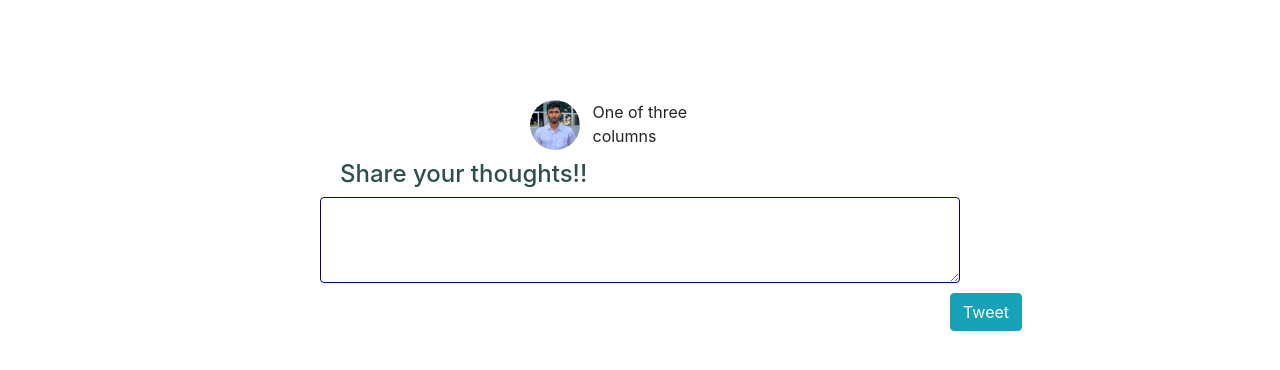
Repository: rashmikagamage/OAuth-Implementation
Page: / (app in frontend/)
The author's editor kept a copy of each file at every save. The page is drawn from the files as they stood at one save, then again after the next save.
The browser window is 1280 px wide. The pictures show the whole page.
Some web libraries are served in a nearby version. The project was rebuilt for these pictures with package versions that can differ from the ones it lists, and the page was loaded fresh each time. Also part of the build but not shown: frontend/src/components/login.js, frontend/src/components/git-home.js, frontend/src/App.css.

Above is the page before, as saved 2021-09-08 10:44:01.

### frontend/public/index.html
<!DOCTYPE html>
<html lang="en">
  <head>
    <meta charset="utf-8" />
    <link rel="icon" href="%PUBLIC_URL%/favicon.ico" />
    <meta name="viewport" content="width=device-width, initial-scale=1" />
    <meta name="theme-color" content="#000000" />
    <meta
      name="description"
      content="Web site created using create-react-app"
    />
    <link rel="apple-touch-icon" href="%PUBLIC_URL%/logo192.png" />
    <!--
      manifest.json provides metadata used when your web app is installed on a
      user's mobile device or desktop. See https://developers.google.com/web/fundamentals/web-app-manifest/
    -->
    <link rel="manifest" href="%PUBLIC_URL%/manifest.json" />
    <link rel="stylesheet" href="https://pro.fontawesome.com/releases/v5.13.0/css/all.css">
    <link rel="shortcut icon" href="%PUBLIC_URL%/favicon.ico">
    <!--
      Notice the use of %PUBLIC_URL% in the tags above.
      It will be replaced with the URL of the `public` folder during the build.
      Only files inside the `public` folder can be referenced from the HTML.

      Unlike "/favicon.ico" or "favicon.ico", "%PUBLIC_URL%/favicon.ico" will
      work correctly both with client-side routing and a non-root public URL.
      Learn how to configure a non-root public URL by running `npm run build`.
    -->
    <link rel="stylesheet" href="https://maxcdn.bootstrapcdn.com/bootstrap/4.0.0/css/bootstrap.min.css" integrity="sha384-Gn5384xqQ1aoWXA+058RXPxPg6fy4IWvTNh0E263XmFcJlSAwiGgFAW/dAiS6JXm" crossorigin="anonymous">
    <title>React App</title>

  </head>
  <body>

    <noscript>You need to enable JavaScript to run this app.</noscript>
    <div id="root"></div>
    <!--
      This HTML file is a template.
      If you open it directly in the browser, you will see an empty page.

      You can add webfonts, meta tags, or analytics to this file.
      The build step will place the bundled scripts into the <body> tag.

      To begin the development, run `npm start` or `yarn start`.
      To create a production bundle, use `npm run build` or `yarn build`.
    -->
    <script src="https://code.jquery.com/jquery-3.2.1.slim.min.js" integrity="sha384-KJ3o2DKtIkvYIK3UENzmM7KCkRr/rE9/Qpg6aAZGJwFDMVNA/GpGFF93hXpG5KkN" crossorigin="anonymous"></script>
    <script src="https://cdnjs.cloudflare.com/ajax/libs/popper.js/1.12.9/umd/popper.min.js" integrity="sha384-ApNbgh9B+Y1QKtv3Rn7W3mgPxhU9K/ScQsAP7hUibX39j7fakFPskvXusvfa0b4Q" crossorigin="anonymous"></script>
    <script src="https://maxcdn.bootstrapcdn.com/bootstrap/4.0.0/js/bootstrap.min.js" integrity="sha384-JZR6Spejh4U02d8jOt6vLEHfe/JQGiRRSQQxSfFWpi1MquVdAyjUar5+76PVCmYl" crossorigin="anonymous"></script>
  </body>
</html>

### frontend/src/App.js
import Login from './components/login';
import GitHome from './components/git-home';
import TwitterHome from './components/twitter-home';
import {BrowserRouter as Router, Route} from "react-router-dom";
import './App.css';

function App() {
  return (

    <Router>{
      <div>
          <switch>
              <Route path="/login" component={Login}/>
              <Route path="/auth/github/callback" component={GitHome}/>
              <Route path="/" component={TwitterHome}/>
          </switch>
      </div>
  }

  </Router>
  );
}

export default App;

### frontend/src/components/twitter-home.js
import "../css/twitter.css";
import avatar from "../images/my.jpg";
import React, { useState } from "react";
const axios = require("axios").default;

function TwitterHome(props) {

    function tweet(){

    }
  return (
    <div>
      <div class="container avatar-cont">
        <div class="row">
          <div class="col-sm-3">
          <img src={avatar} alt="Avatar" class="avatar"></img>
          </div>
          <div class="col-sm">
          One of three columns
          </div>
        </div>
      </div>

      <h4 class="tweetHeader">Share your thoughts!!</h4>
         <textarea class="form-control text" id="exampleFormControlTextarea1" rows="3"></textarea>
        <button type="button" class="btn btn-info twt-button" onClick={() => tweet()} >Tweet</button>
    </div>
  );
}

export default TwitterHome;

### frontend/src/css/twitter.css
.login{
    width: 240px;
    margin-top: 50px;
    margin-left: 450px;
}
.margin5{
    margin-top: 55px;
}
.buttonSize{
    width: 250px;
    margin-left: 50px;
}
.text{
    margin: auto;
  width: 50%;
  border-color: darkblue;
}
.tweetHeader{
    color:darkslategrey;
    margin-left: 340px;
    margin-top: 10px;
}

.twt-button{
    margin-top: 10px;
    margin-left: 950px;
}

.avatar {
    vertical-align: middle;
    width: 50px;
    height: 50px;
    border-radius: 50%;
  }

.avatar-cont{
    width: 250px;
    margin-top: 100px;
}

Loaded but not shown: frontend/src/index.js (common file); frontend/src/index.css (common file); frontend/src/reportWebVitals.js (common file)

After the next save:
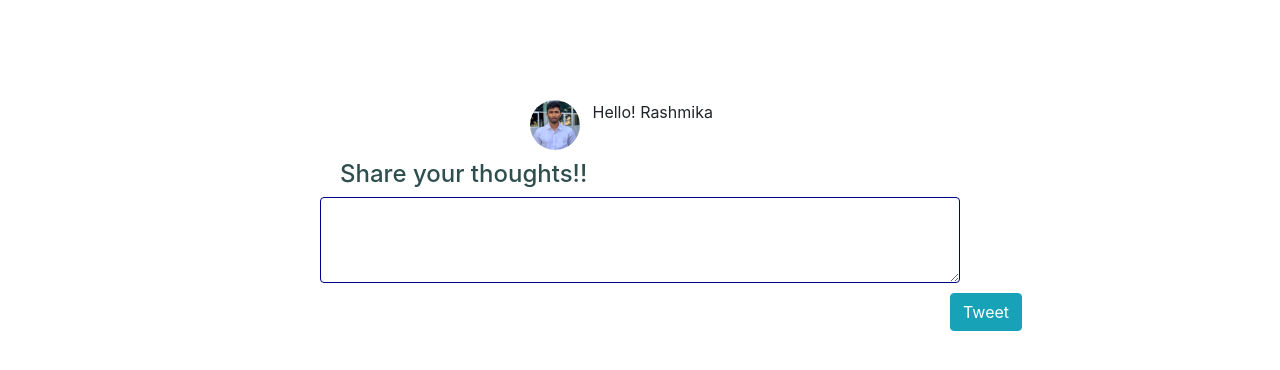
Saved 11 s later.
--- a/frontend/src/components/twitter-home.js
+++ b/frontend/src/components/twitter-home.js
@@ -16,7 +16,7 @@ function TwitterHome(props) {
           <img src={avatar} alt="Avatar" class="avatar"></img>
           </div>
           <div class="col-sm">
-          One of three columns
+          Hello! Rashmika
           </div>
         </div>
       </div>
